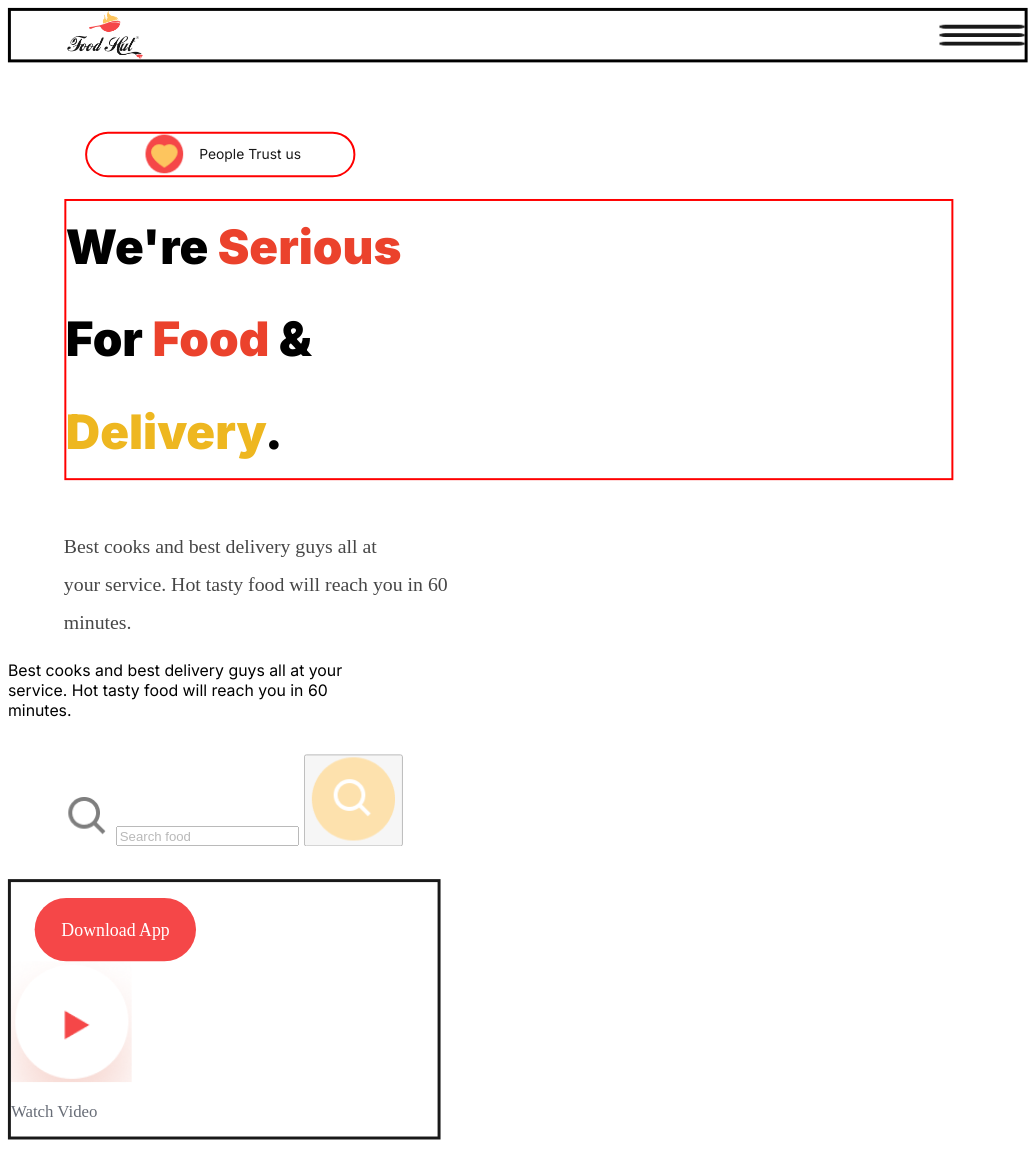
Repository: ReyhanehRahmani/Food-Hut
Page: FoodHut.html
These files come from the project's save history. The page is drawn as it stood at one moment and after the next save; the edit follows.
The browser window is 1024 px wide. The page is 1038 px wide, so the pictures cover 1038 px, including what lies to the right of the window. The pictures show the whole page, at 99% of full size.
Some web fonts or font styles are not loaded; a fallback is used.

Above is the page before, as saved 2025-05-28 21:24:05.

After the next save:
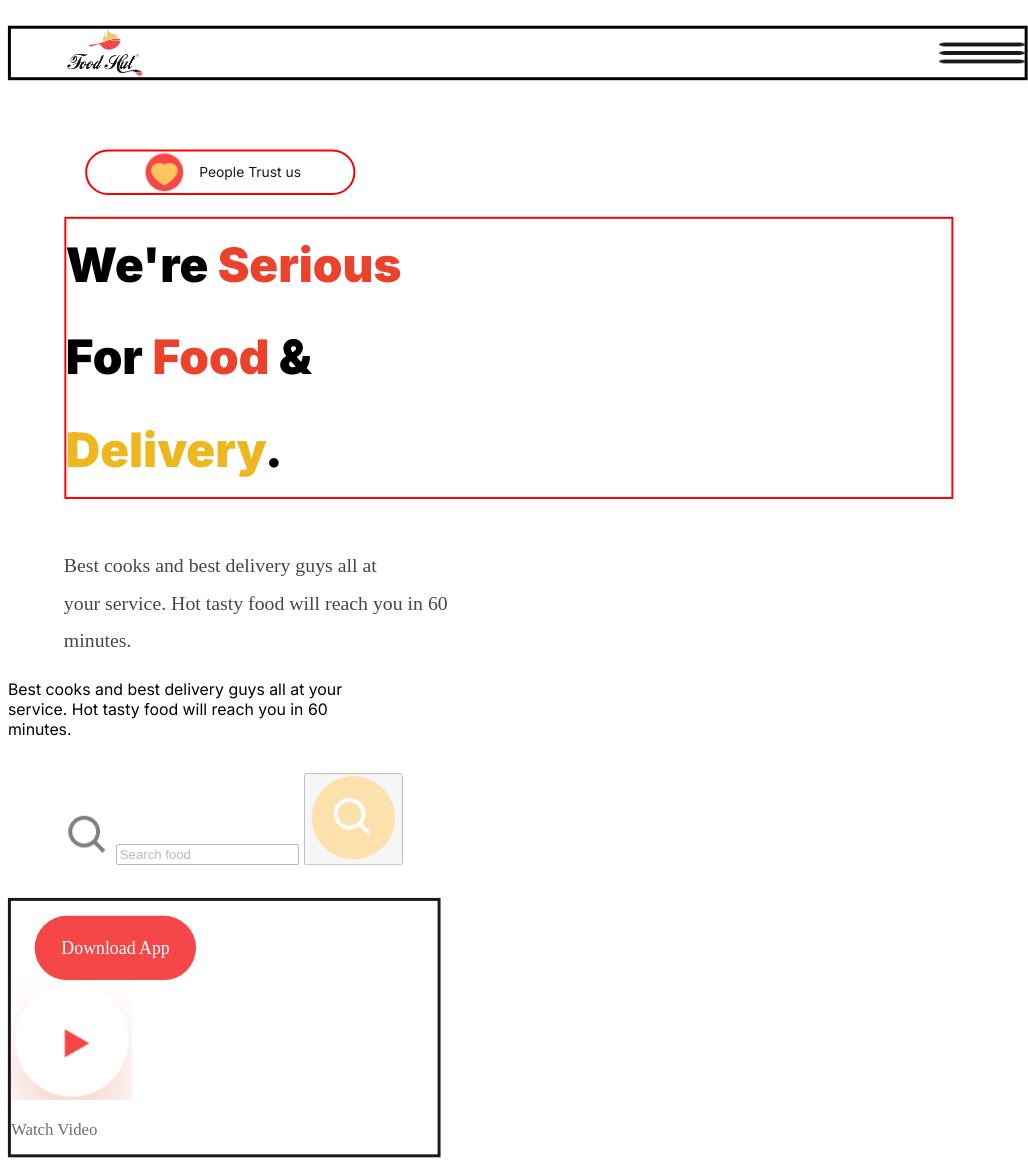
Saved 103 s later.
--- a/FoodHut.css
+++ b/FoodHut.css
@@ -16,7 +16,7 @@ body {
     width: 100vw;
     height: 6.739130435vh;
     align-items: center;
-    margin-top: ;
+    margin-top: 2.608695652%;
 }
 
 
